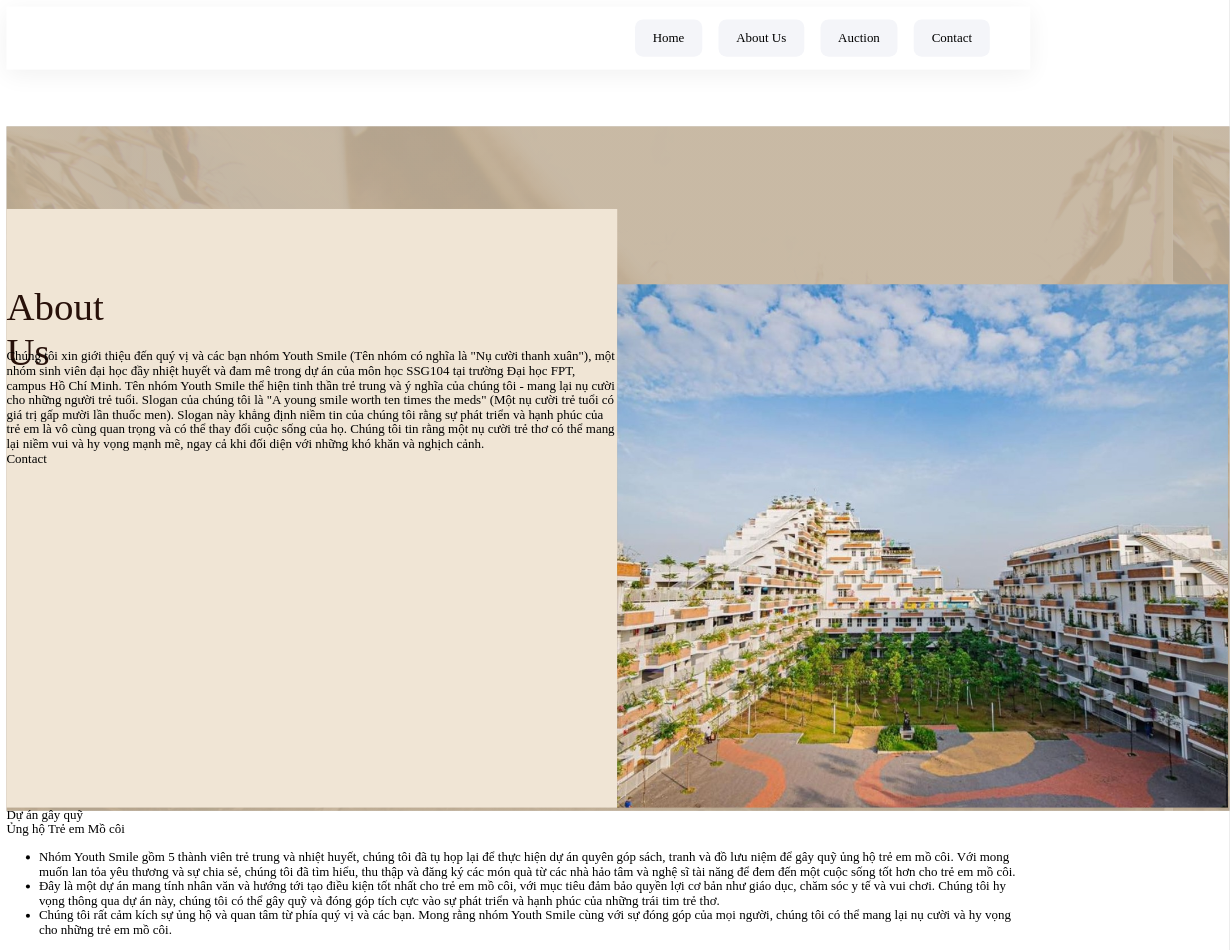
Repository: anatole24/Youth-Smile
Page: about.html
An editor plug-in stored every save of this project. The page is shown before and after the next save, followed by the edit.
The browser window is 1280 px wide. The page is 1518 px wide, so the pictures cover 1518 px, including what lies to the right of the window. The pictures show the whole page, at 81% of full size.
Some web fonts or font styles are not loaded; a fallback is used.

Above is the page before, as saved 2023-06-29 14:35:30.

After the next save:
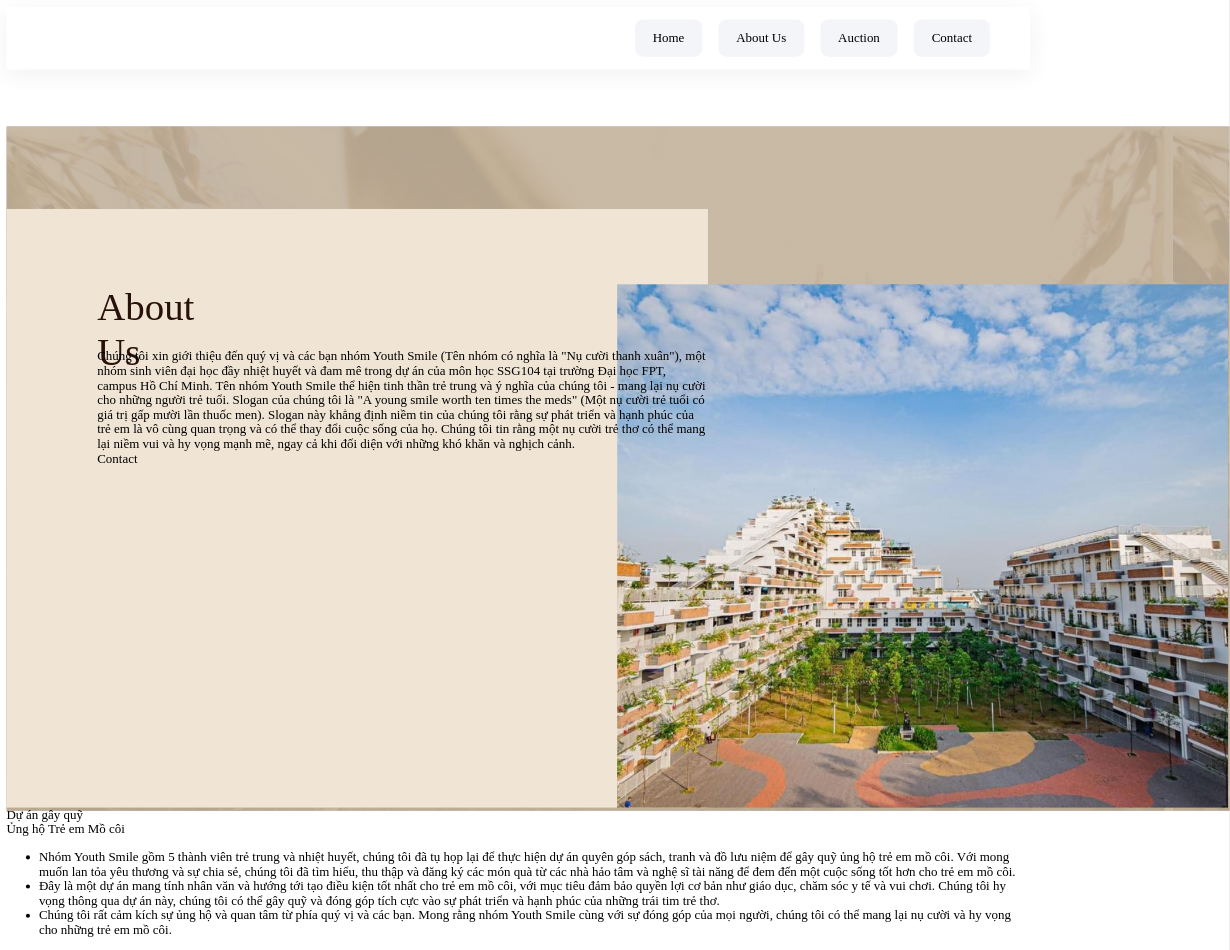
Saved 9 s later.
--- a/about.css
+++ b/about.css
@@ -20,7 +20,7 @@
   flex-shrink: 0;
   background: #f0e5d5;
   padding-top: 93px;
-  pl112
+  padding-left: 112px;
 }
 .left-title {
   width: 170px;
